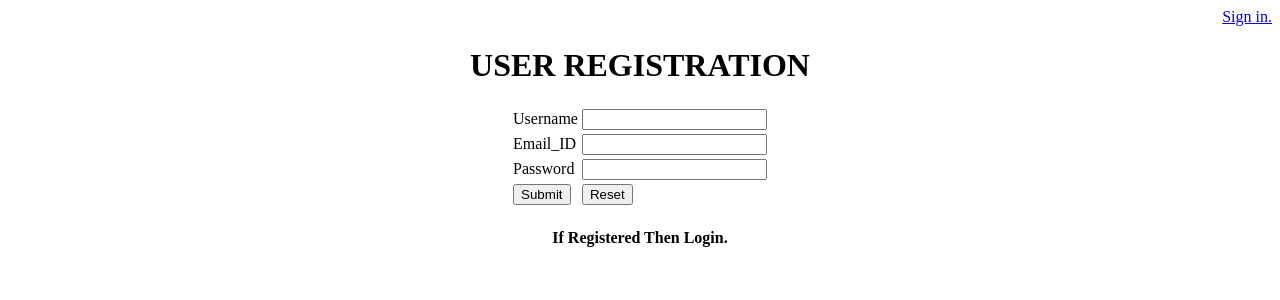
Repository: sunil965/JDBC-Servlet-JSP
Page: http://localhost/JspRegistrationTask/
These files come from the project's save history. The page is drawn as it stood at one moment and after the next save; the edit follows.
The browser window is 1280 px wide. The pictures show the whole page.
The page is served by Tomcat 9. Other server files are loaded and not shown.

Above is the page before, as saved 2017-05-02 12:19:37.

### JspRegistrationTask/WebContent/index.jsp
<%@ page language="java" contentType="text/html; charset=UTF-8"
    pageEncoding="UTF-8"%>
<!DOCTYPE html PUBLIC "-//W3C//DTD HTML 4.01 Transitional//EN" "http://www.w3.org/TR/html4/loose.dtd">
<html>
<head>
<meta http-equiv="Content-Type" content="text/html; charset=UTF-8">
<title>Index</title>
</head>
<body>
<div align="right">
<a href="userlogin.jsp">Sign in.</a>
</div>
<div align="center">
<h1>USER REGISTRATION</h1>
	<form action="userreg" method="post">
	<table>
	<tr>
	<td>Username</td>
	<td><input type="text" name="user"></td>
	</tr>
	<tr>
	<td>Email_ID</td>
	<td><input type="text" name="mail"></td>
	</tr>
	<tr>
	<td>Password</td>
	<td><input type="password" name="pwd"></td>
	</tr>
	<tr>
	<td><input type="submit"></td>
	<td><input type="reset"></td>
	</tr>
	</table>

	</form>
	<h4>If Registered Then Login.</h4>
</div>
</html>

After the next save:
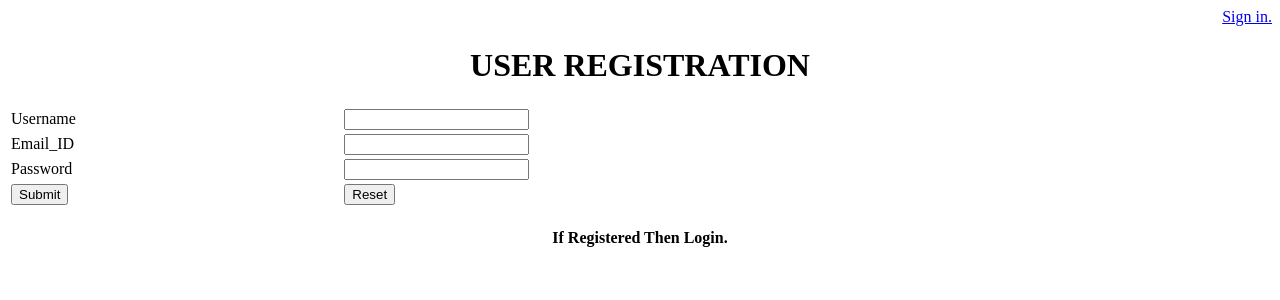
Saved 40 s later.
--- a/JspRegistrationTask/WebContent/index.jsp
+++ b/JspRegistrationTask/WebContent/index.jsp
@@ -13,7 +13,7 @@
 <div align="center">
 <h1>USER REGISTRATION</h1>
 	<form action="userreg" method="post">
-	<table>
+	<table style="width:100%">
 	<tr>
 	<td>Username</td>
 	<td><input type="text" name="user"></td>

After the save that followed:
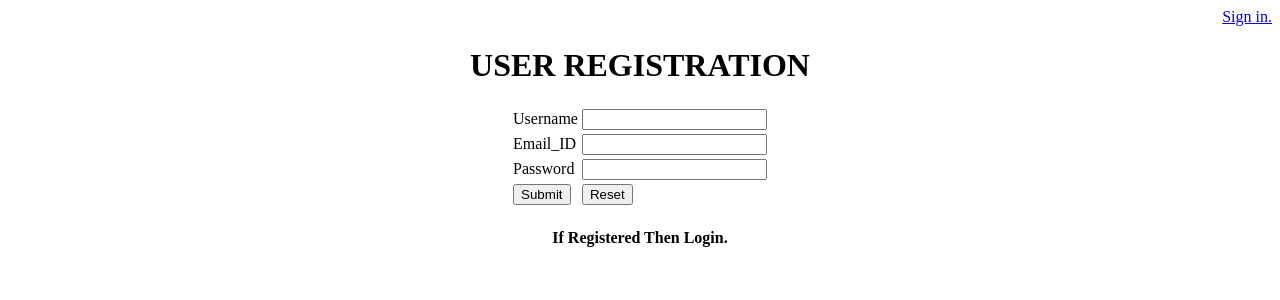
Saved 18 s later.
--- a/JspRegistrationTask/WebContent/index.jsp
+++ b/JspRegistrationTask/WebContent/index.jsp
@@ -13,7 +13,7 @@
 <div align="center">
 <h1>USER REGISTRATION</h1>
 	<form action="userreg" method="post">
-	<table style="width:100%">
+	<table>
 	<tr>
 	<td>Username</td>
 	<td><input type="text" name="user"></td>
